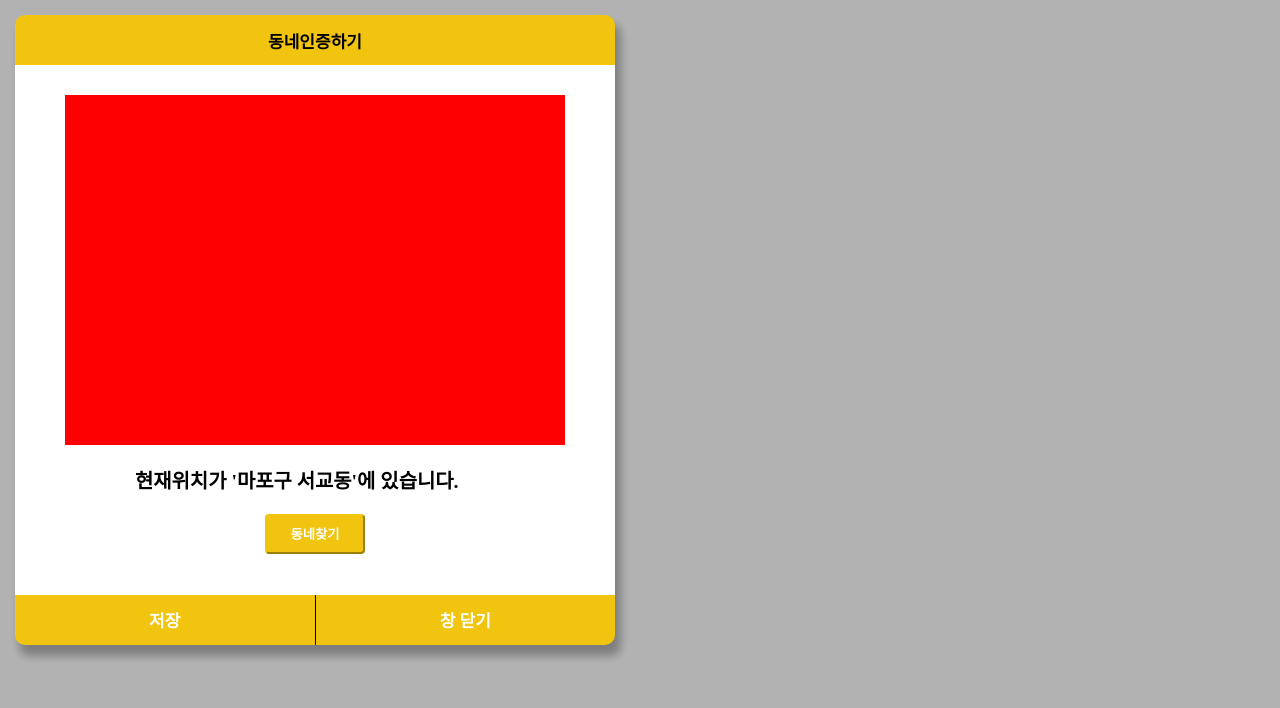
Repository: Corn-Market/Front-end
Page: http://localhost/CornMarket/resources/views/popup_profile_update.jsp
An editor plug-in stored every save of this project. The page is shown before and after the next save, followed by the edit.
The browser window is 1280 px wide. The pictures show the whole page.
The page is served by Tomcat 9.

Above is the page before, as saved 2022-12-19 06:05:01.

After the next save:
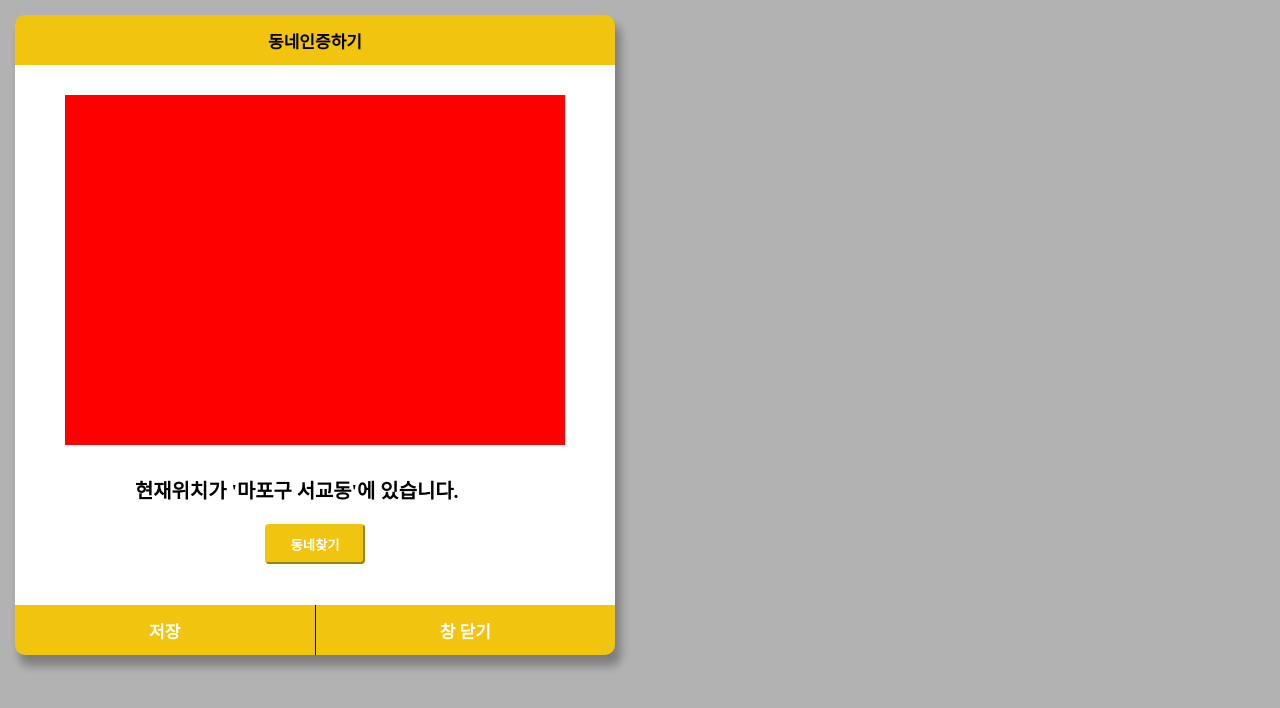
Saved 20 s later.
--- a/CornMarket/src/main/webapp/resources/css/popup_mytown.css
+++ b/CornMarket/src/main/webapp/resources/css/popup_mytown.css
@@ -47,6 +47,7 @@
   	width:360px;
   	height:100px;
     margin:10px auto;
+    margin-top:30px;
   }
 
   .popup-foot{
